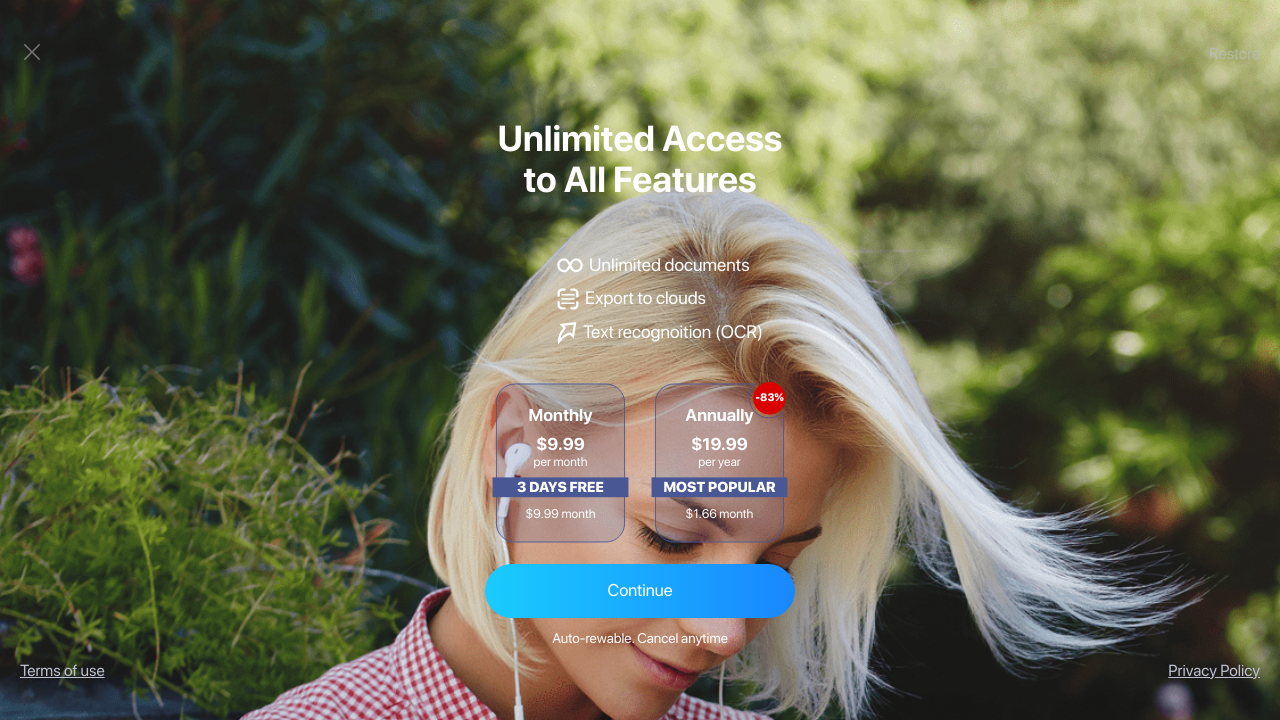
Repository: Ivan0195/bp-banner
Page: /
These files come from the project's save history. The page is drawn as it stood at one moment and after the next save; the edit follows.
The browser window is 1280 px wide. The pictures show the whole page.
The project was rebuilt for these pictures with package versions that can differ from the ones it lists, and the page was loaded fresh each time. Also part of the build but not shown: webpack.config.js.

Above is the page before, as saved 2023-03-17 11:12:44.

After the next save:
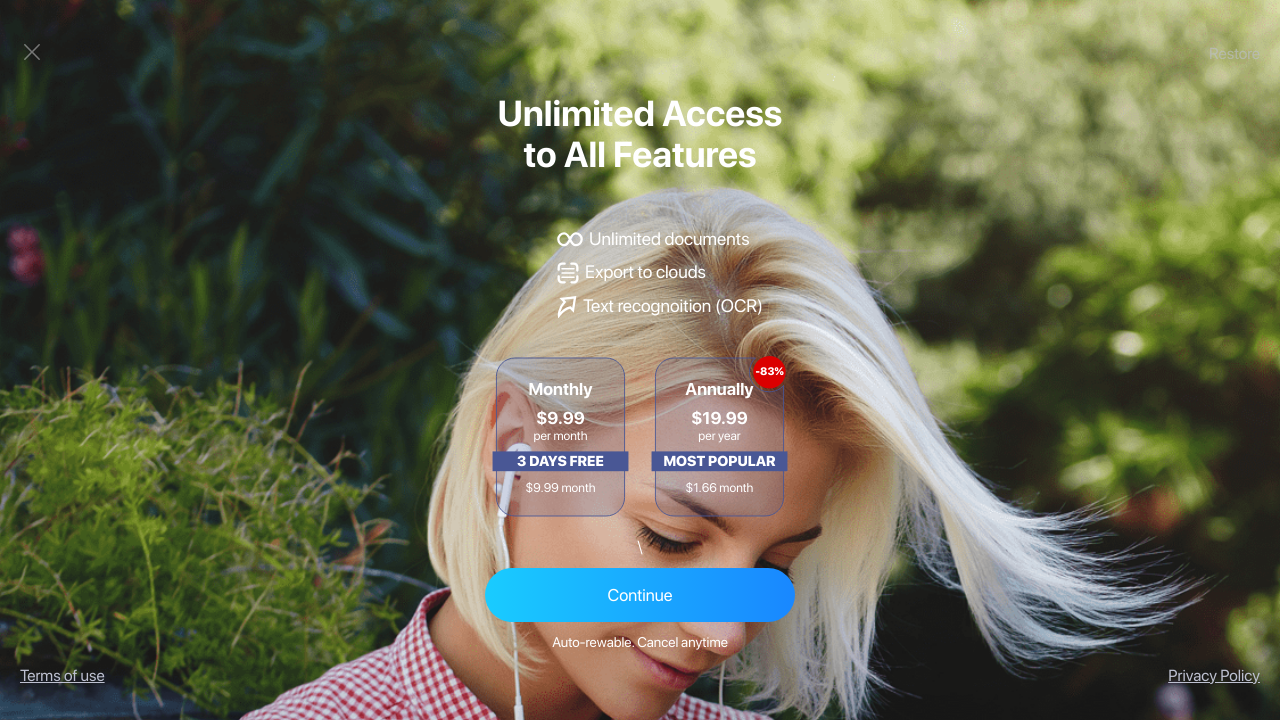
Saved 2 min 1 s later.
--- a/src/index.html
+++ b/src/index.html
@@ -55,7 +55,7 @@
       </div>
 
     </div>
-
+\
       <a id="button" class="continueButton">Continue</a>
       <span class="smallText">Auto-rewable. Cancel anytime</span>
   </main>
